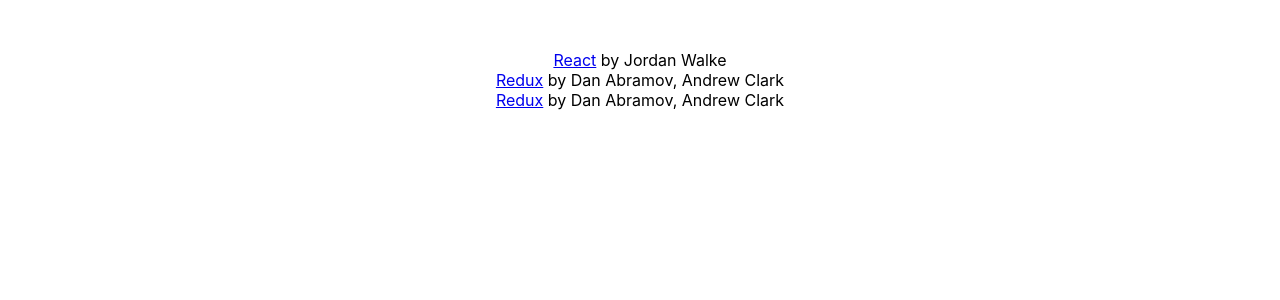
Repository: letakeda/hackernews
Page: /
The author's editor kept a copy of each file at every save. The page is drawn from the files as they stood at one save, then again after a run of saves.
The browser window is 1280 px wide. The pictures show the whole page.
The project was rebuilt for these pictures with package versions that can differ from the ones it lists, and the page was loaded fresh each time.

Above is the page before, as saved 2019-12-02 23:21:11.

### src/index.js
import React from 'react';
import ReactDOM from 'react-dom';
import './index.css';
import App from './App';
import * as serviceWorker from './serviceWorker';

ReactDOM.render(<App />, document.getElementById('root'));

if(module.hot) {
    module.hot.accept();
}

// If you want your app to work offline and load faster, you can change
// unregister() to register() below. Note this comes with some pitfalls.
// Learn more about service workers: https://bit.ly/CRA-PWA
serviceWorker.unregister();

### src/App.js
import React, { Component } from 'react';
import './App.css';

const list = [
  {
    title: 'React',
    url: 'https://reactjs.org',
    author: ' by Jordan Walke',
    objectID: 1
  },
  {
    title: 'Redux',
    url: 'https://redux.js.org',
    author: ' by Dan Abramov, Andrew Clark',
    objectID: 2
  },
  {
    title: 'Redux',
    url: 'https://redux.js.org',
    author: ' by Dan Abramov, Andrew Clark',
    objectID: 2
  }
]

class App extends Component {

  constructor(props) {
    super(props)
    this.state = {
      list: list,
    }
  }

  render() {
    //const welcome_message = 'Welcome to the road of learn React!';
    //welcome_message = 'text'
    return (
      <div className="App">
        {this.state.list.map(item =>
          <div key={item.objectID}>
            <span>
              <a href={item.url}>{item.title}</a></span>
            <span>{item.author}</span>
            <span>{item.num_comments}</span>
            <span>{item.points}</span>
          </div>
        )}
      </div>
    )
  }
}

export default App;

### src/App.css
.App {
  text-align: center;
  margin-top: 50px;
}

.App-logo {
  height: 40vmin;
}

.App-header {
  background-color: #282c34;
  min-height: 100vh;
  display: flex;
  flex-direction: column;
  align-items: center;
  justify-content: center;
  font-size: calc(10px + 2vmin);
  color: white;
}

.App-link {
  color: #09d3ac;
}

Loaded but not shown: public/index.html (common file); src/index.css (common file); src/serviceWorker.js (common file)

After the next 2 saves:
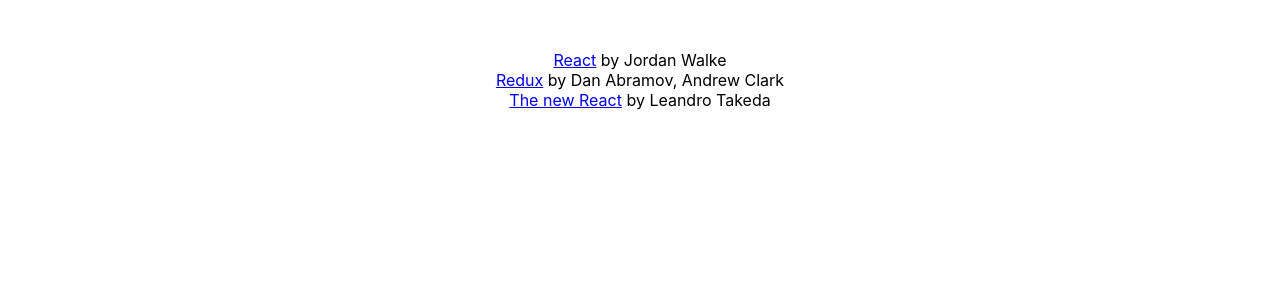
The 2 saves are shown as one change because they came seconds apart.
The last was saved 24 s later.
--- a/src/App.js
+++ b/src/App.js
@@ -15,10 +15,10 @@
     objectID: 2
   },
   {
-    title: 'Redux',
-    url: 'https://redux.js.org',
-    author: ' by Dan Abramov, Andrew Clark',
-    objectID: 2
+    title: 'The new React',
+    url: 'https://newreact.js.org',
+    author: ' by Leandro Takeda',
+    objectID: 3
   }
 ]
 
